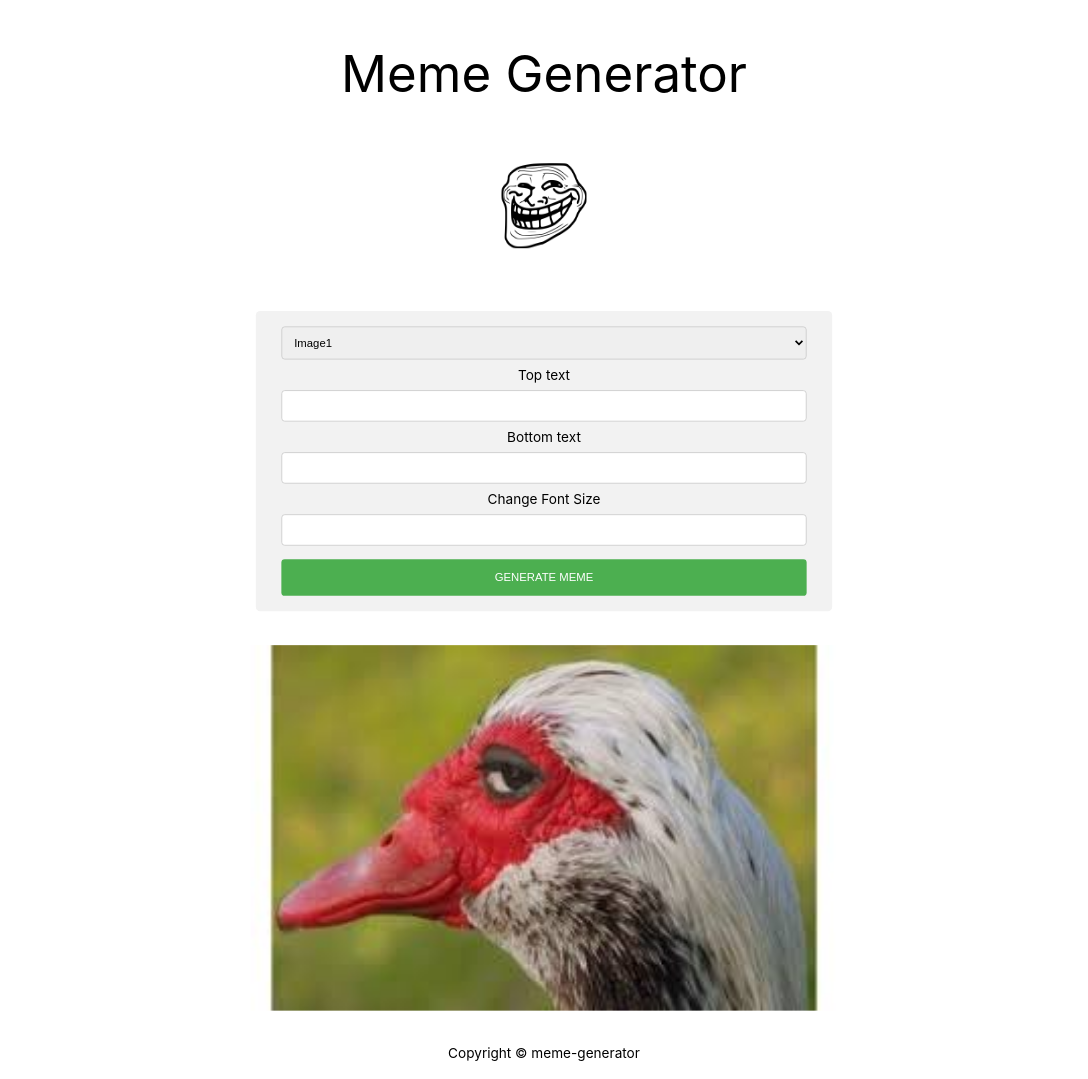
Repository: JivkoJelev91/Meme-Generator
Page: /
These files come from the project's save history. The page is drawn as it stood at one moment and after the next save; the edit follows.
The browser window is 1280 px wide. The pictures show the whole page, at 85% of full size.
The project was rebuilt for these pictures with package versions that can differ from the ones it lists, and the page was loaded fresh each time.

Above is the page before, as saved 2018-10-11 15:18:55.

After the next save:
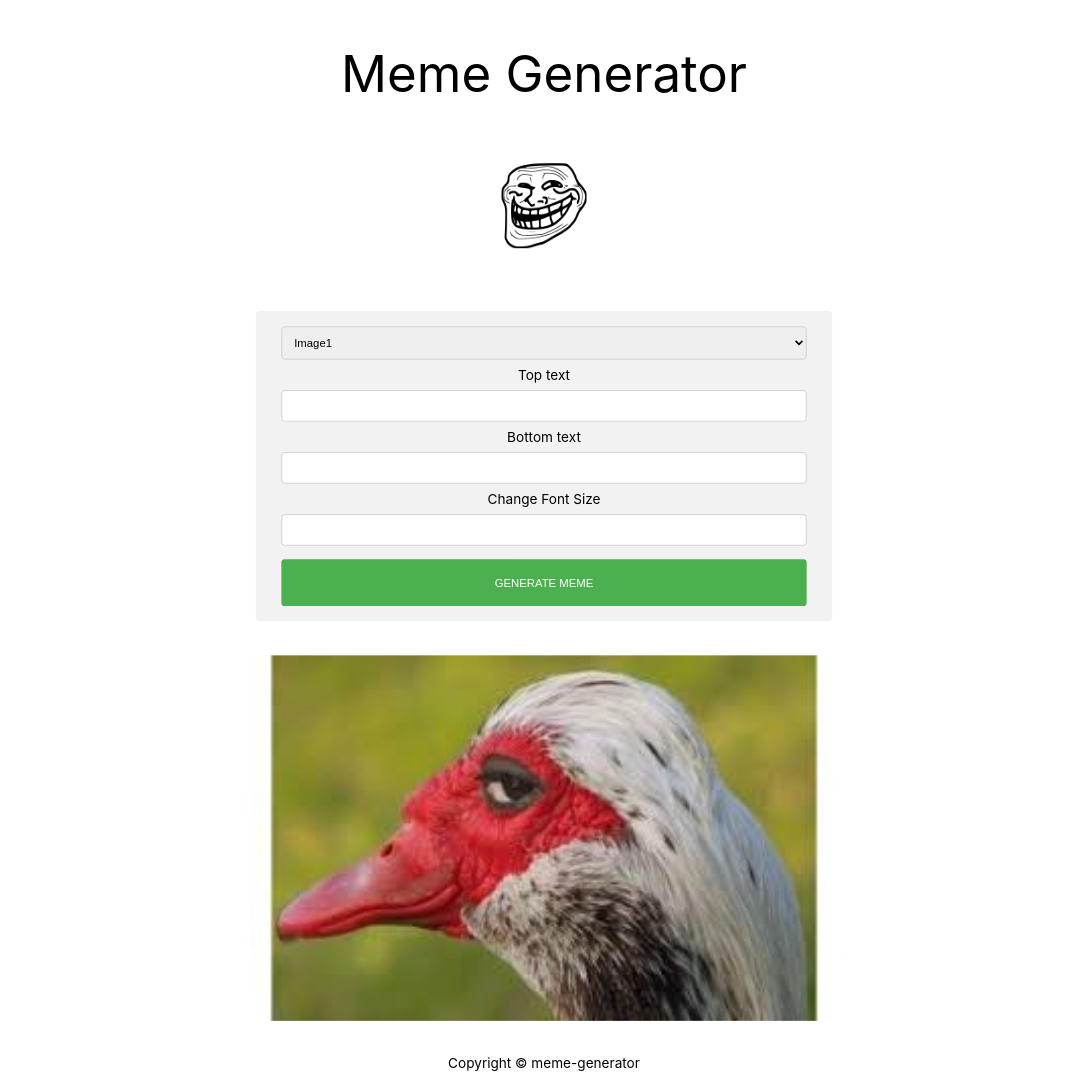
Saved 70 s later.
--- a/src/App.css
+++ b/src/App.css
@@ -30,7 +30,7 @@ button{
   width: 100%;
   background-color: #4CAF50;
   color: white;
-  padding: 14px 20px;
+  padding: 20px;
   margin: 8px 0;
   border: none;
   border-radius: 4px;
